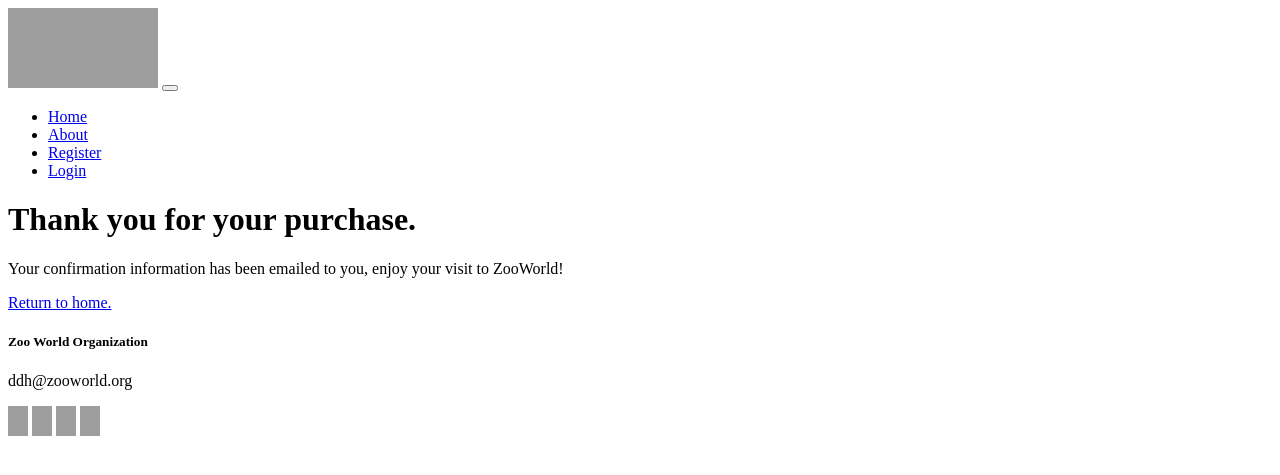
Repository: Reddirtnaps/GroupProject
Page: http://localhost/ZooWorld/WEB-INF/confirm.jsp
The author's editor kept a copy of each file at every save. The page is drawn from the files as they stood at one save, then again after the next save.
The browser window is 1280 px wide. The pictures show the whole page.
Pictures or frames that could not be fetched are drawn as grey boxes. The page is served by Tomcat 9. Nobody is signed in. The template is opened directly, without the code that normally fills it, so the values that code supplies are empty.

Above is the page before, as saved 2021-02-06 20:40:27.
Console error (its wording comes from the project's code and is left out).

After the next save:
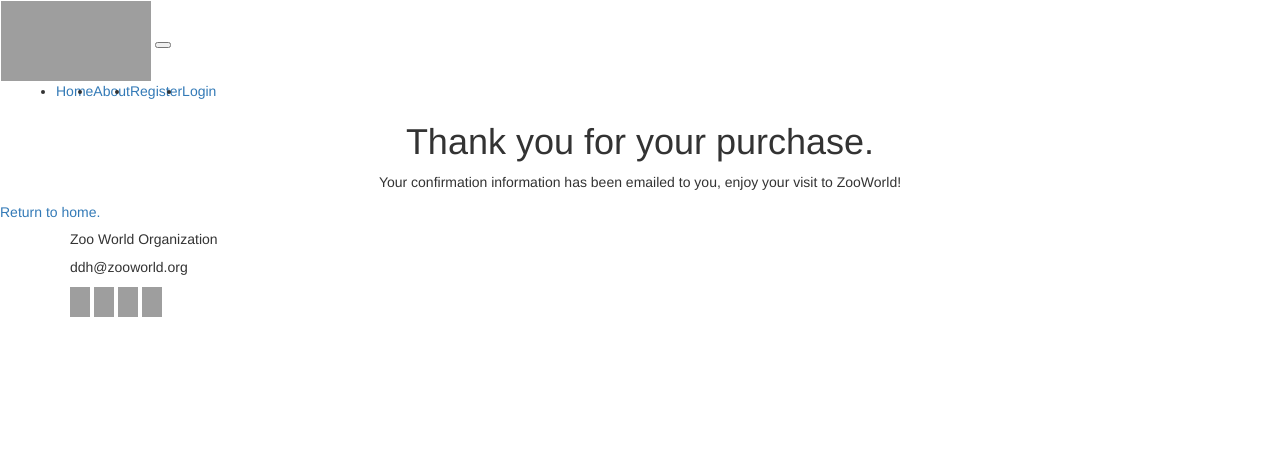
Saved 41 s later.
--- a/ZooWorld/src/main/webapp/WEB-INF/confirm.jsp
+++ b/ZooWorld/src/main/webapp/WEB-INF/confirm.jsp
@@ -6,6 +6,7 @@
 
 <meta charset="UTF-8">
 <script src="https://maxcdn.bootstrapcdn.com/bootstrap/3.4.1/js/bootstrap.min.js"></script>
+<link rel="stylesheet" href="https://maxcdn.bootstrapcdn.com/bootstrap/3.4.1/css/bootstrap.min.css">
 <title>Confirmation</title>
 </head>
 <body>
